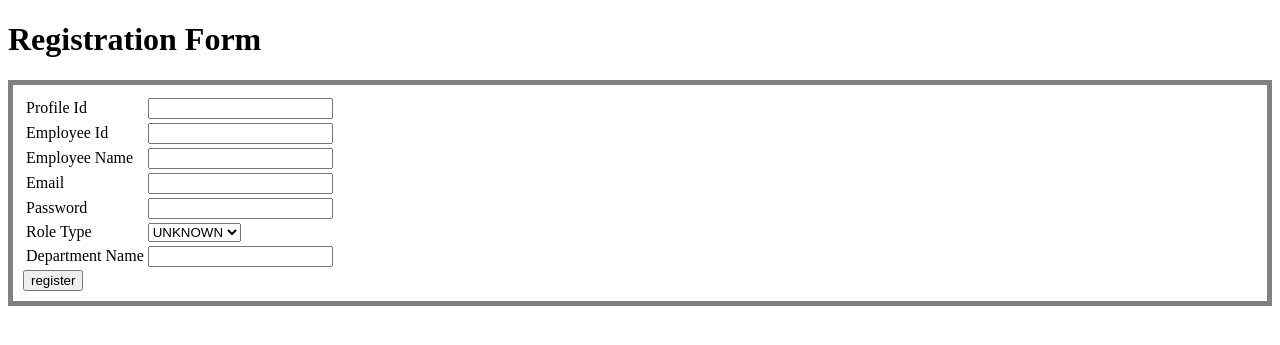
Repository: chhayanikam/skillmapperjee
Page: http://localhost/SkillMapperWeb/
The author's editor kept a copy of each file at every save. The page is drawn from the files as they stood at one save, then again after the next save.
The browser window is 1280 px wide. The pictures show the whole page.
The page is served by Tomcat 9.

Above is the page before, as saved 2018-04-19 11:21:32.

After the next save:
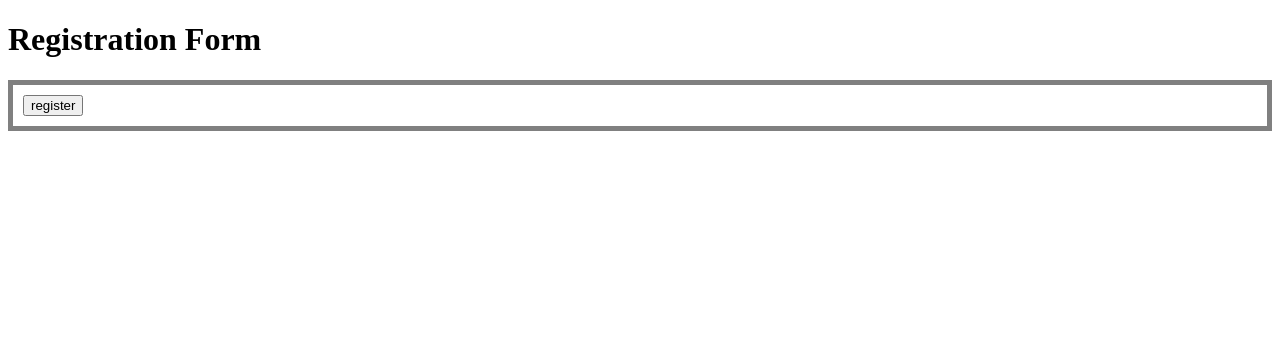
Saved 3 min 43 s later.
--- a/SkillMapperWeb/WebContent/WEB-INF/views/register.jsp
+++ b/SkillMapperWeb/WebContent/WEB-INF/views/register.jsp
@@ -18,41 +18,6 @@ div.ex {
 	<h1>Registration Form</h1>
 	<div class="ex">
 		<form action="Test3" method="post">
-			<table style="with: 50%">
-				<tr>
-					<td>Profile Id</td>
-					<td><input type="text" name="profileId" /></td>
-				</tr>
-				<tr>
-					<td>Employee Id</td>
-					<td><input type="text" name="employeeId" /></td>
-				</tr>
-				<tr>
-					<td>Employee Name</td>
-					<td><input type="text" name="employeeName" /></td>
-				</tr>
-				<tr>
-					<td>Email</td>
-					<td><input type="text" name="email" /></td>
-				</tr>
-				<tr>
-					<td>Password</td>
-					<td><input type="password" name="emppassword" /></td>
-				</tr>
-				<tr>
-					<td>Role Type</td>
-					<td><select name="role_type">
-						<option value="UNKNOWN">UNKNOWN</option>
-					<option value="Trainer">Trainer</option>
-					<option value="Employer">Employer</option>
-					<option value="HR">HR</option>
-					</select></td>
-				</tr>
-				<tr>
-					<td>Department Name</td>
-					<td><input type="text" name="deptname" /></td>
-				</tr>
-			</table>
 			<input type="submit" value="register" />
 		</form>
 	</div>
